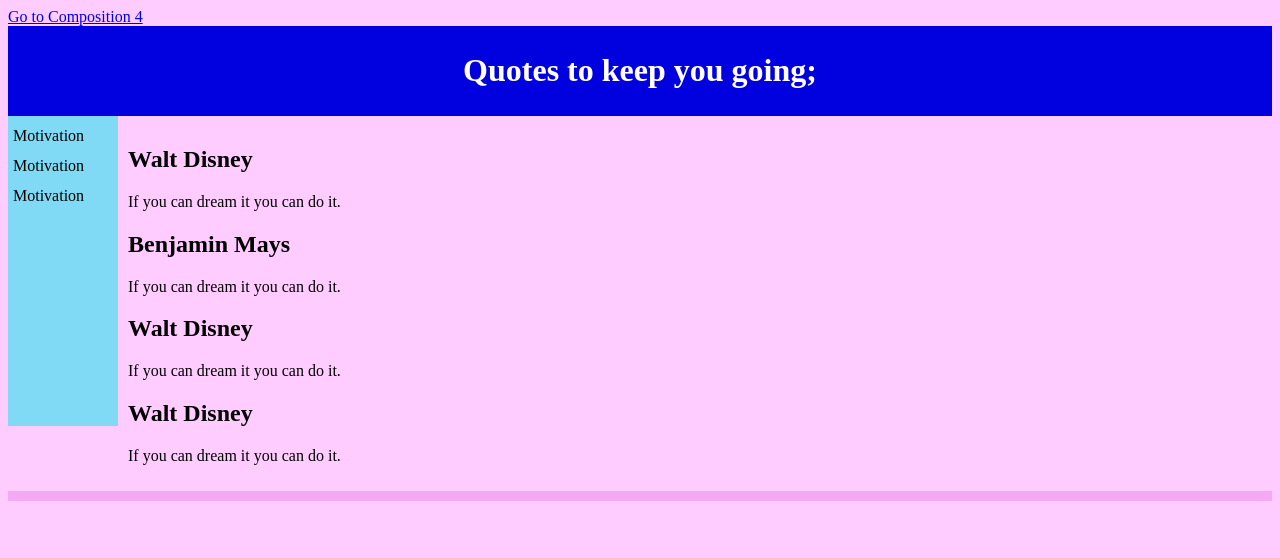
Repository: dominiquedevito/dominiquedevito.github.io
Page: 5compositions/composition3.html
The author's editor kept a record of every edit. The page is drawn from the files as they stood at one moment, then again after the next edit.
The browser window is 1280 px wide. The pictures show the whole page.

Above is the page before.

After the next edit:
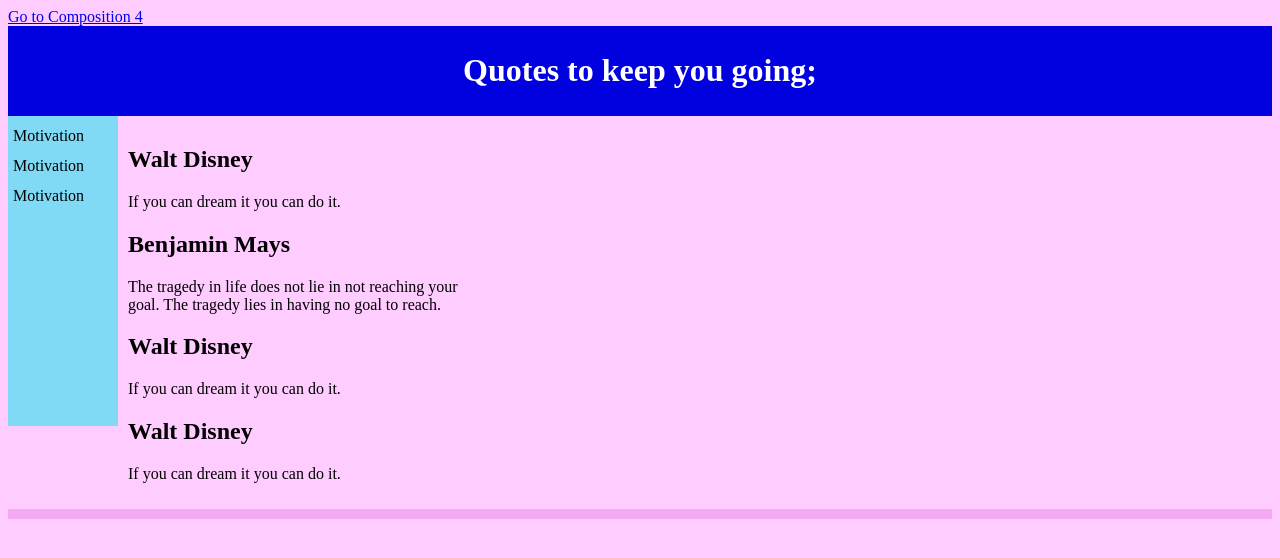
The edit:
--- a/5compositions/composition3.html
+++ b/5compositions/composition3.html
@@ -25,7 +25,7 @@
 </p>
 <h2>Benjamin Mays</h2>
 <p>
-If you can dream it you can do it.
+The tragedy in life does not lie in not reaching your goal. The tragedy lies in having no goal to reach.
 </p>
 <h2>Walt Disney</h2>
 <p>
